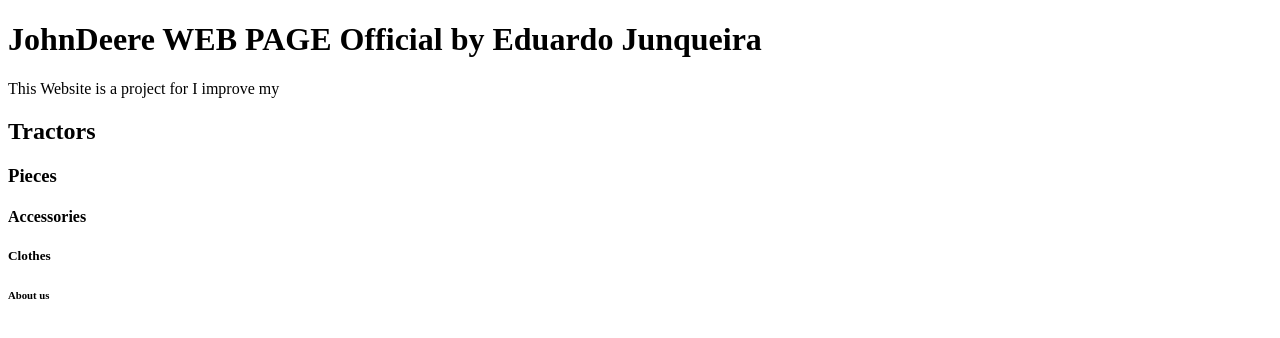
Repository: EduardoJunqueira2004/WEBJohnDeere
Page: index.html
The author's editor kept a copy of each file at every save. The page is drawn from the files as they stood at one save, then again after a run of saves.
The browser window is 1280 px wide. The pictures show the whole page.

Above is the page before, as saved 2024-12-05 10:58:12.

After the next 11 saves:
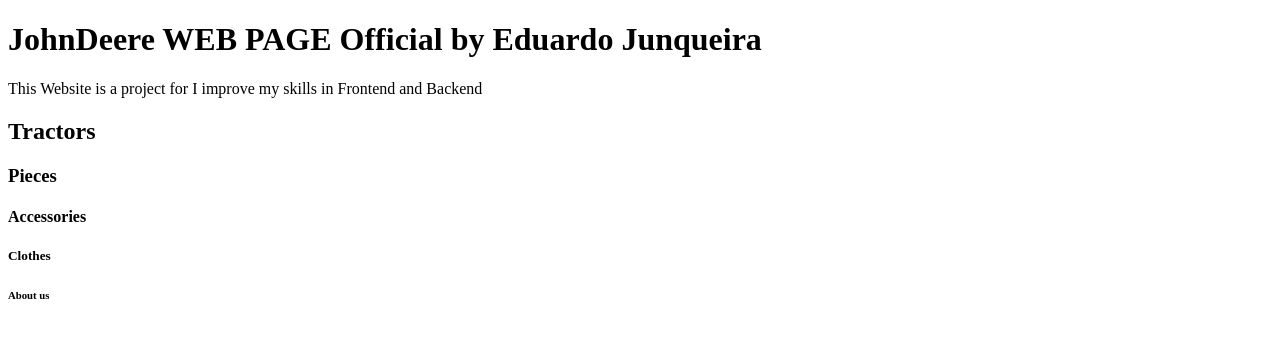
The 11 saves are shown as one change because they came seconds apart.
The last was saved 17 s later.
--- a/index.html
+++ b/index.html
@@ -9,7 +9,7 @@
     <!--heder1-->
     <h1>JohnDeere WEB PAGE Official by Eduardo Junqueira</h1>
     <p>
-        This Website is a project for I improve my
+        This Website is a project for I improve my skills in Frontend and Backend
     </p>
     <!--heder2-->
     <h2>Tractors</h2>
